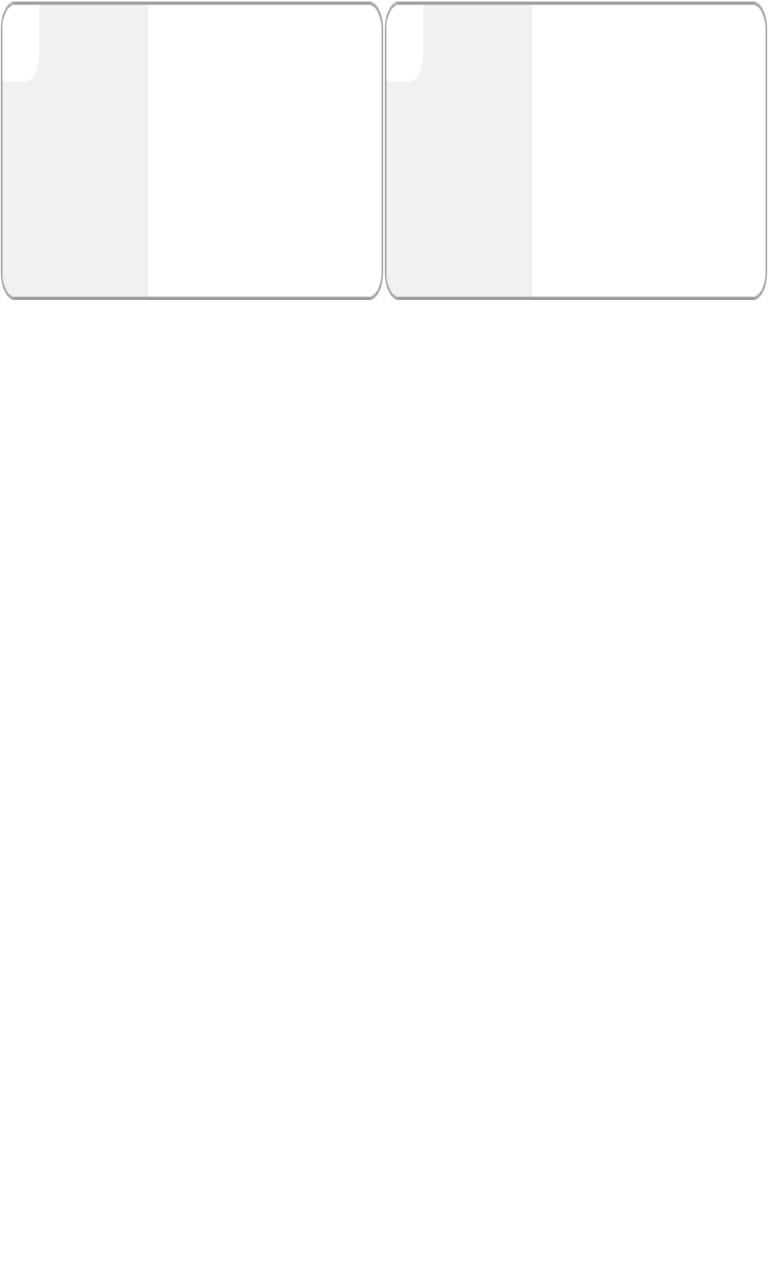
Repository: dokwon/mingle_final_client
Layout: mingle/res/layout/vote_row.xml
These files come from the project's save history. The layout is drawn as it stood at one moment and after the next save; the edit follows.
It is drawn on a 768 x 1280 px phone screen (xhdpi) without system bars, with theme WhiteTheme; the app's code is not run.

Above is the layout before, as saved 2014-08-06 03:22:07.

### mingle/res/layout/vote_row.xml
<?xml version="1.0" encoding="utf-8"?>
<LinearLayout xmlns:android="http://schemas.android.com/apk/res/android"
    android:layout_width="match_parent"
    android:layout_height="match_parent"
    android:orientation="horizontal" >


    <LinearLayout android:layout_weight="1" android:layout_height="150dp" android:layout_width="fill_parent">
        <RelativeLayout
            android:orientation="vertical"
            android:id="@+id/female_vote_rl"
            android:background="@drawable/vote_profile"
            android:tag="front"

            style="@style/MyListFrontContent">
		    	<ImageView
		                style="@style/ChatRoomRank"
		                android:id="@+id/top_female_rank"/>
		    	<ImageView
		                style="@style/ChatRoomImage"
		                android:id="@+id/top_female_image"/>


		        <TextView
		                android:layout_width="fill_parent"
		                android:layout_height="wrap_content"
		                android:layout_toRightOf="@id/top_female_image"
		                style="@style/MyListTitle"
		                android:id="@+id/top_female_name"/>
        </RelativeLayout>
    </LinearLayout>
    <LinearLayout android:layout_weight="1" android:layout_height="150dp" android:layout_width="fill_parent">
        <RelativeLayout
            android:orientation="vertical"
            android:id="@+id/male_vote_rl"
            android:background="@drawable/vote_profile"
            android:tag="front"
            style="@style/MyListFrontContent">
        			<ImageView
		                style="@style/ChatRoomRank"
		                android:id="@+id/top_male_rank"/>
        			<ImageView
              			  style="@style/ChatRoomImage"
              			  android:id="@+id/top_male_image"/>


			        <TextView
			                android:layout_width="fill_parent"
			                android:layout_height="wrap_content"
			                android:layout_toRightOf="@id/top_male_image"
			                style="@style/MyListTitle"
			                android:id="@+id/top_male_name"/>
        </RelativeLayout>
    </LinearLayout>

</LinearLayout>

### mingle/res/values/styles.xml
<resources>


    <style name="WhiteTheme" parent="@android:style/Theme.Holo.Light">
        <item name="android:actionBarStyle">@style/MyActionBar</item>
    </style>

    <style name="MyActionBar" parent="@android:style/Widget.Holo.Light.ActionBar">
        <item name="android:background">#FFFFFF</item>
    </style>


    <!--
        Base application theme, dependent on API level. This theme is replaced
        by AppBaseTheme from res/values-vXX/styles.xml on newer devices.
    -->
    <style name="AppBaseTheme" parent="android:Theme.Light">
        <!--
            Theme customizations available in newer API levels can go in
            res/values-vXX/styles.xml, while customizations related to
            backward-compatibility can go here.
        -->
    </style>

    <!-- Application theme. -->
    <style name="AppTheme" parent="AppBaseTheme">
        <!-- All customizations that are NOT specific to a particular API-level can go here. -->
    </style>

    <!--  Title Bar Theme -->
    <style name="ProfileTheme" parent="android:Theme.Light">
        <item name="android:windowTitleSize">@dimen/title_bar_height</item>
        <item name="android:windowTitleBackgroundStyle">@style/WindowTitleBackground</item>
	</style>



    <!--  Chat Room Theme -->
	<style name="ChatRoomTheme" parent="android:Theme.Light">
        <item name="android:windowTitleSize">50dp</item>
        <item name="android:windowTitleBackgroundStyle">@style/WindowTitleBackground</item>
	</style>

	<!--  Photo View Theme -->
	<style name="PictureViewTheme">

    	<item name="android:background">#FFEAEAEA</item>
	</style>

    <style name="WindowTitleBackground">
        <item name="android:background">@color/titlebackgroundcolor</item>
    </style>

    <!--  Swipe list view theme -->
	<style name="MyListBackContent">
       <item name="android:layout_width">fill_parent</item>
       <item name="android:layout_height">fill_parent</item>
       <item name="android:background">@drawable/background_back</item>
       <item name="android:gravity">right</item>
   </style>

   <style name="MyListFrontContent">
       <item name="android:layout_width">fill_parent</item>
       <item name="android:layout_height">fill_parent</item>
       <item name="android:background">@drawable/background_front</item>
       <item name="android:padding">8dp</item>
   </style>

     <style name="MyListButtonAction">
       <item name="android:layout_margin">5dp</item>
         <item name="android:layout_width">80dp</item>
       <item name="android:layout_height">30dp</item>

   </style>

     <style name="UserListImage">
       <item name="android:layout_width">180dp</item>
       <item name="android:layout_height">180dp</item>
       <item name="android:scaleGravity">fill</item>
       <item name="android:layout_marginRight">8dp</item>
   </style>

     <style name="ChatRoomImage">
       <item name="android:layout_width">67dp</item>
       <item name="android:layout_height">67dp</item>
       <item name="android:scaleGravity">fill</item>
       <item name="android:layout_marginRight">8dp</item>
   </style>

   <style name="MyListTitle">
       <item name="android:paddingBottom">8dp</item>
       <item name="android:textSize">17sp</item>
       <item name="android:textStyle">bold</item>
       <item name="android:maxLines">2</item>
       <item name="android:ellipsize">end</item>
   </style>
   <style name="ChatRoomRank">
       <item name="android:layout_alignParentTop">true</item>
       <item name="android:layout_alignParentLeft">true</item>

       <item name="android:layout_width">25dp</item>
       <item name="android:layout_height">25dp</item>
   </style>

</resources>

After the next save:
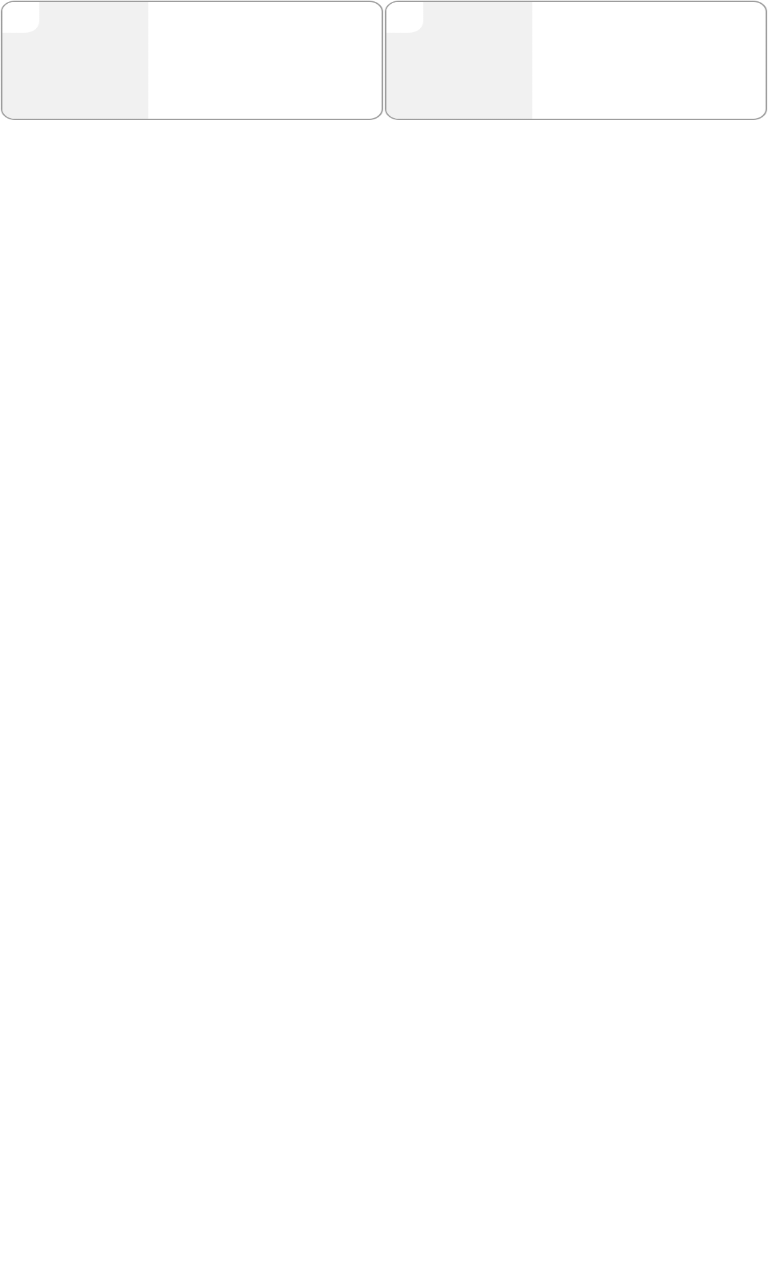
Saved 42 s later.
--- a/mingle/res/layout/vote_row.xml
+++ b/mingle/res/layout/vote_row.xml
@@ -5,7 +5,7 @@
     android:orientation="horizontal" >
 
 
-    <LinearLayout android:layout_weight="1" android:layout_height="150dp" android:layout_width="fill_parent">
+    <LinearLayout android:layout_weight="1" android:layout_height="60dp" android:layout_width="fill_parent">
         <RelativeLayout
             android:orientation="vertical"
             android:id="@+id/female_vote_rl"
@@ -29,7 +29,7 @@
 		                android:id="@+id/top_female_name"/>
         </RelativeLayout>
     </LinearLayout>
-    <LinearLayout android:layout_weight="1" android:layout_height="150dp" android:layout_width="fill_parent">
+    <LinearLayout android:layout_weight="1" android:layout_height="60dp" android:layout_width="fill_parent">
         <RelativeLayout
             android:orientation="vertical"
             android:id="@+id/male_vote_rl"
